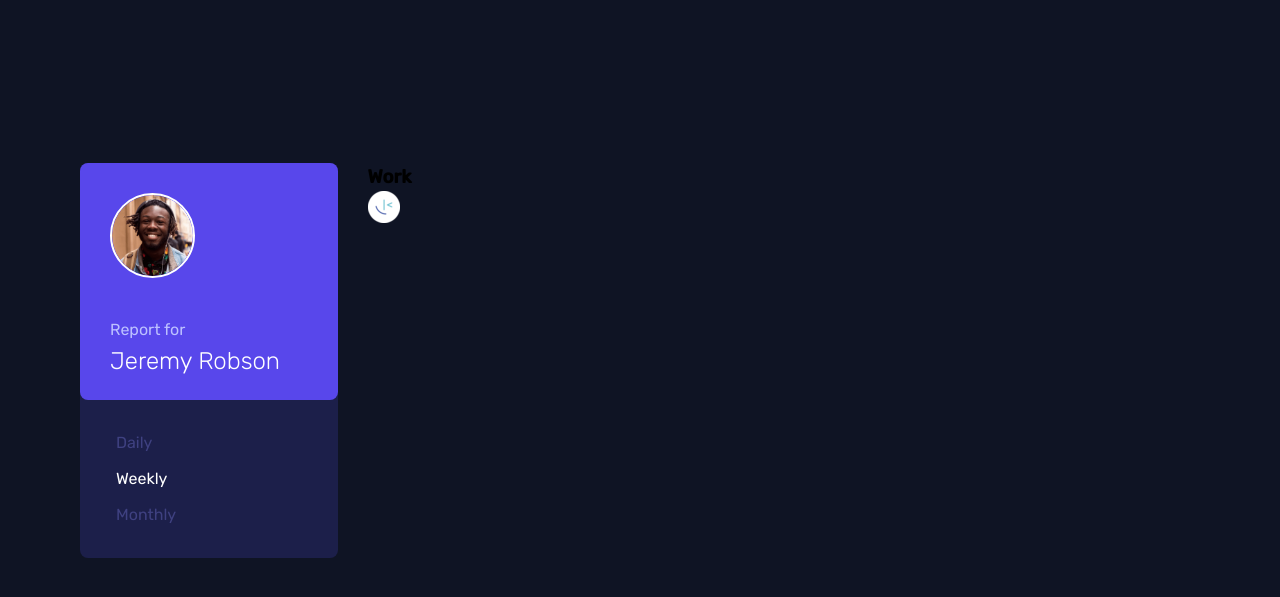
Repository: Akashiii1/WebTimeTracking_Day6
Page: index.html
These files come from the project's save history. The page is drawn as it stood at one moment and after the next save; the edit follows.
The browser window is 1280 px wide. The pictures show the whole page.

Above is the page before, as saved 2021-12-26 23:58:57.

After the next save:
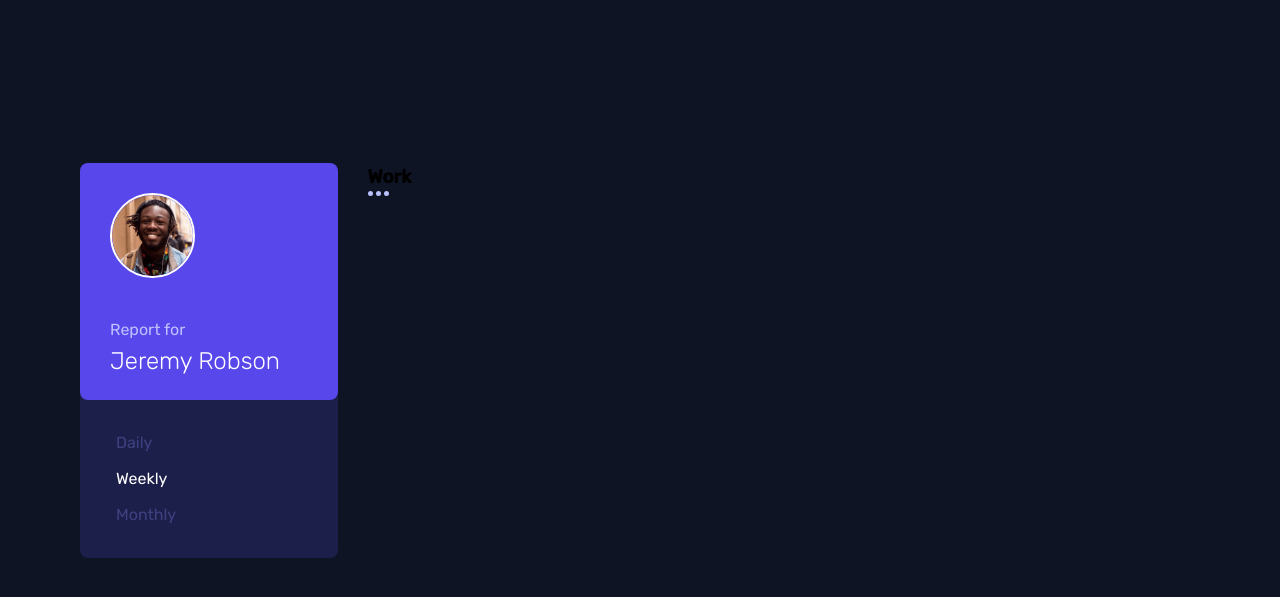
Saved 13 s later.
--- a/index.html
+++ b/index.html
@@ -50,7 +50,7 @@
       <div class="work">
         <div class="work-content">
           <h3 class="title">Work</h3>
-          <img src="images/favicon-32x32.png" alt="">
+          <img src="images/icon-ellipsis.svg" alt="">
         </div>
       </div>
 
